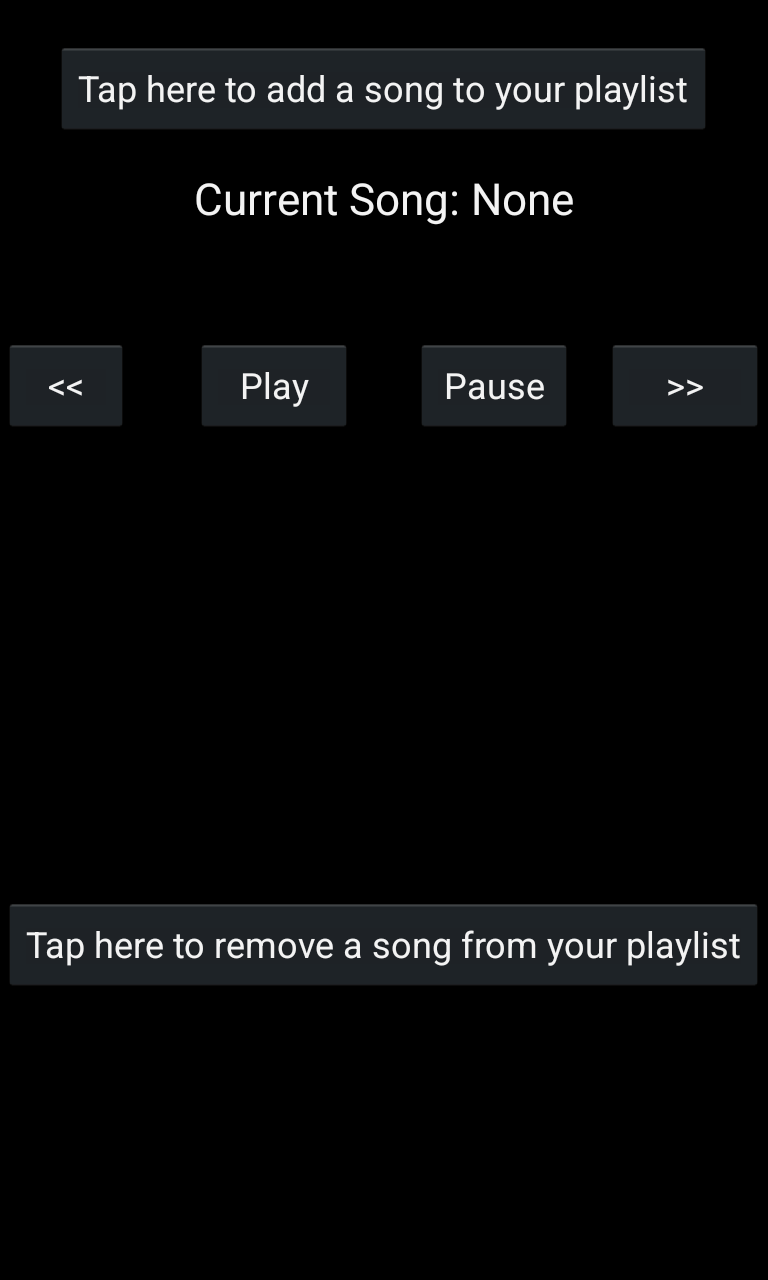
Repository: griff1/idpa2012projects
Layout: workspace/Player/res/layout/main2.xml
An editor plug-in stored every save of this project. The layout is shown before and after the next save, followed by the edit.
It is drawn on a 768 x 1280 px phone screen (xhdpi) without system bars, with theme android:Theme.Holo; the app's code is not run.

Above is the layout before, as saved 2012-08-02 21:44:37.

### workspace/Player/res/layout/main2.xml
<?xml version="1.0" encoding="utf-8"?>
<LinearLayout android:layout_width="match_parent"
    android:layout_height="match_parent"
    android:orientation="vertical" xmlns:android="http://schemas.android.com/apk/res/android">

















    <RelativeLayout
        android:id="@+id/relativeLayout1"
        android:layout_width="match_parent"
        android:layout_height="match_parent" >

        <Button
            android:id="@+id/button1"
            android:layout_width="wrap_content"
            android:layout_height="wrap_content"
            android:layout_centerHorizontal="true"
            android:layout_marginTop="20dp"
            android:text="@string/TapHere" />

        <TextView
            android:id="@+id/textView1"
            android:layout_width="wrap_content"
            android:layout_height="wrap_content"
            android:layout_below="@+id/button1"
            android:layout_centerHorizontal="true"
            android:layout_marginTop="16dp"
            android:text="@string/CurrentSong2"
            android:textAppearance="?android:attr/textAppearanceLarge" />

        <Button
            android:id="@+id/button2"
            android:layout_width="wrap_content"
            android:layout_height="wrap_content"
            android:layout_alignParentBottom="true"
            android:layout_centerHorizontal="true"
            android:layout_marginBottom="144dp"
            android:text="@string/TapHere2" />


        <Button
            android:id="@+id/button7"
            android:layout_width="wrap_content"
            android:layout_height="wrap_content"
            android:layout_alignLeft="@+id/button2"
            android:layout_below="@+id/textView1"
            android:layout_marginTop="55dp"
            android:text="@string/Back" />

        <Button
            android:id="@+id/button4"
            android:layout_width="80dp"
            android:layout_height="wrap_content"
            android:layout_alignBaseline="@+id/button7"
            android:layout_alignBottom="@+id/button7"
            android:layout_alignLeft="@+id/textView1"
            android:text="@string/Play" />

        <Button
            android:id="@+id/button5"
            android:layout_width="80dp"
            android:layout_height="wrap_content"
            android:layout_alignBaseline="@+id/button4"
            android:layout_alignBottom="@+id/button4"
            android:layout_alignRight="@+id/textView1"
            android:text="@string/Pause" />

        <Button
            android:id="@+id/button6"
            android:layout_width="80dp"
            android:layout_height="wrap_content"
            android:layout_alignBaseline="@+id/button5"
            android:layout_alignBottom="@+id/button5"
            android:layout_alignRight="@+id/button2"
            android:text="@string/Forward" />

    </RelativeLayout>

</LinearLayout>

### workspace/Player/res/values/strings.xml
<?xml version="1.0" encoding="utf-8"?>
<resources>

    <string name="hello">Hello World, BlankActivity!</string>
    <string name="app_name">Blank</string>
    <string name="CurrentSong">Current Song</string>
    <string name="CurrentSong2">Current Song: None</string>
    <string name="Tap">Tap here to choose a song to share.</string>
    <string name="Share">"To share your song, simply tap your device against another with the app open. "</string>
    <string name="Downloaded">"Current Downloaded Song: "</string>
    <string name="Tap2">Tap here to play the current downloaded song.</string>
    <string name="CurrentSong3">Current Downloaded Song: None</string>
    <string name="CurrentSong4">Current Song:\\n</string>
    <string name="Play">Play</string>
    <string name="Pause">Pause</string>
    <string name="TapHere">Tap here to add a song to your playlist</string>
    <string name="Back">&lt;&lt;</string>
    <string name="TapHere2">Tap here to remove a song from your playlist</string>
    <string name="Forward">>></string>

</resources>

After the next save:
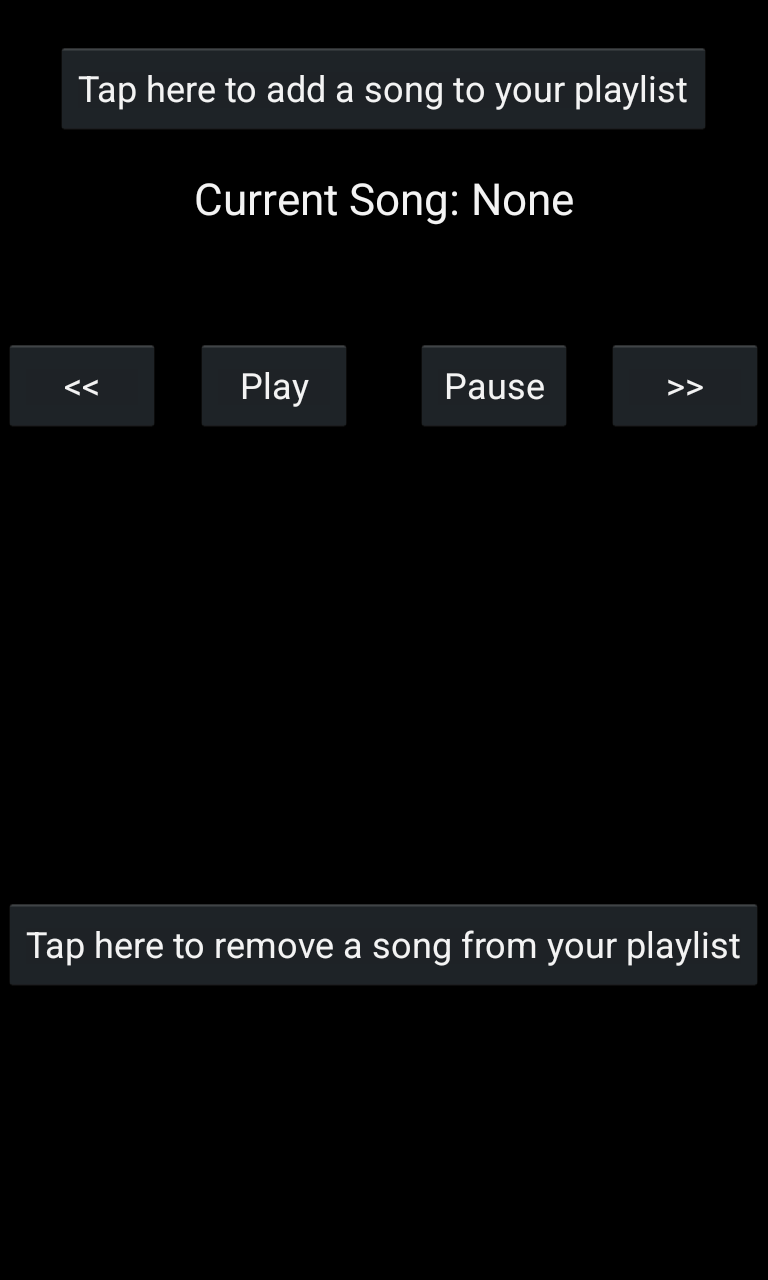
Saved 40 s later.
--- a/workspace/Player/res/layout/main2.xml
+++ b/workspace/Player/res/layout/main2.xml
@@ -52,9 +52,10 @@
             android:text="@string/TapHere2" />
 
 
+
         <Button
             android:id="@+id/button7"
-            android:layout_width="wrap_content"
+            android:layout_width="80dp"
             android:layout_height="wrap_content"
             android:layout_alignLeft="@+id/button2"
             android:layout_below="@+id/textView1"
